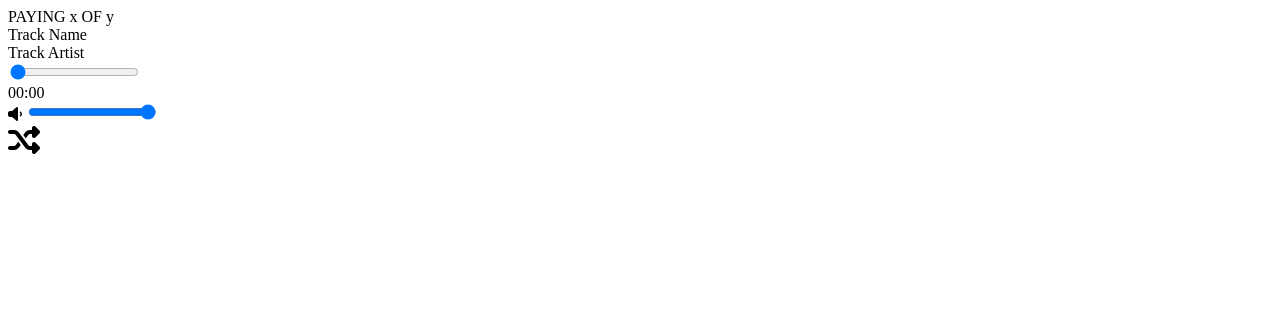
Repository: NguyenVietPhuQuy/Javascript-AudioPlayer
Page: index.html
The author's editor kept a copy of each file at every save. The page is drawn from the files as they stood at one save, then again after the next save.
The browser window is 1280 px wide. The pictures show the whole page.

Above is the page before, as saved 2022-11-09 08:09:07.

After the next save:
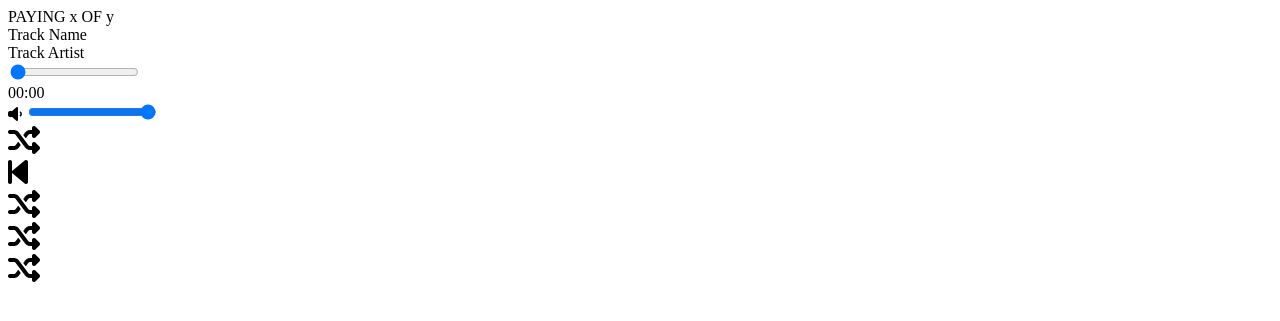
Saved 2 min 2 s later.
--- a/index.html
+++ b/index.html
@@ -33,9 +33,32 @@
             </div>
 
             <div class="buttons">
+
                 <div class="random-track">
-                    <i class="fas fa-random fa-2x" title="random"></i>
+                    <i class="fas fa-random fa-2x" title="random"
+                    onclick="randomTrack()"></i>
                 </div>
+
+                <div class="prev-track">
+                    <i class="fas fa-step-backward fa-2x" title="random"
+                    onclick="prevTrack()"></i>
+                </div>
+
+                <div class="random-track">
+                    <i class="fas fa-random fa-2x" title="random"
+                    onclick="randomTrack()"></i>
+                </div>
+
+                <div class="random-track">
+                    <i class="fas fa-random fa-2x" title="random"
+                    onclick="randomTrack()"></i>
+                </div>
+
+                <div class="random-track">
+                    <i class="fas fa-random fa-2x" title="random"
+                    onclick="randomTrack()"></i>
+                </div>
+
             </div>
         </div>
     </div>
